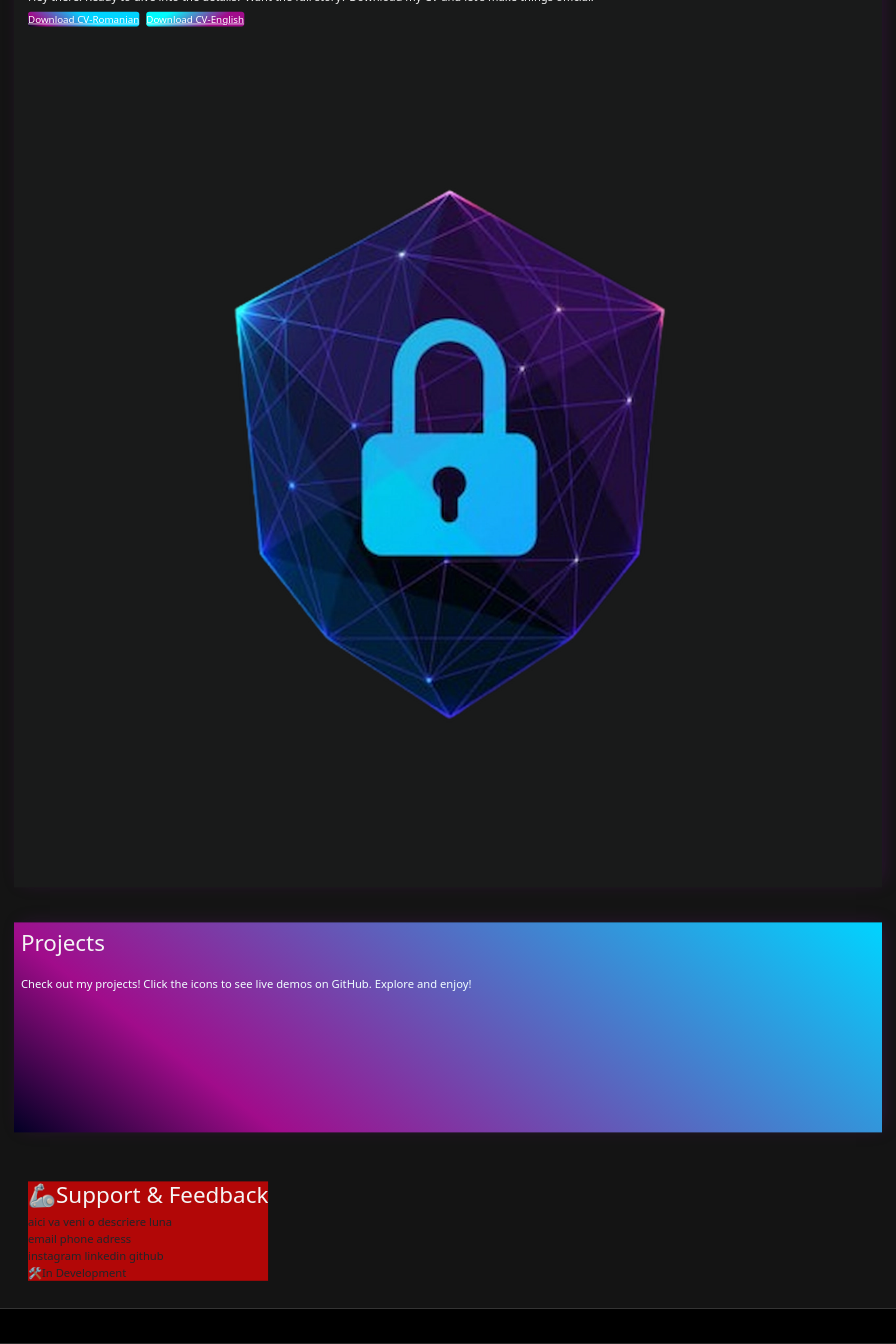
Repository: Sebastiand22/portfolio
Page: index.html
An editor plug-in stored every save of this project. The page is shown before and after the next save, followed by the edit.
The browser window is 1280 px wide. The pictures show the part of the page from y = 1904 to 3824 px (the page is 3824 px tall before and 3784 px after), at 70% of full size.

Above is the page before, as saved 2024-09-15 17:40:23.

After the next save:
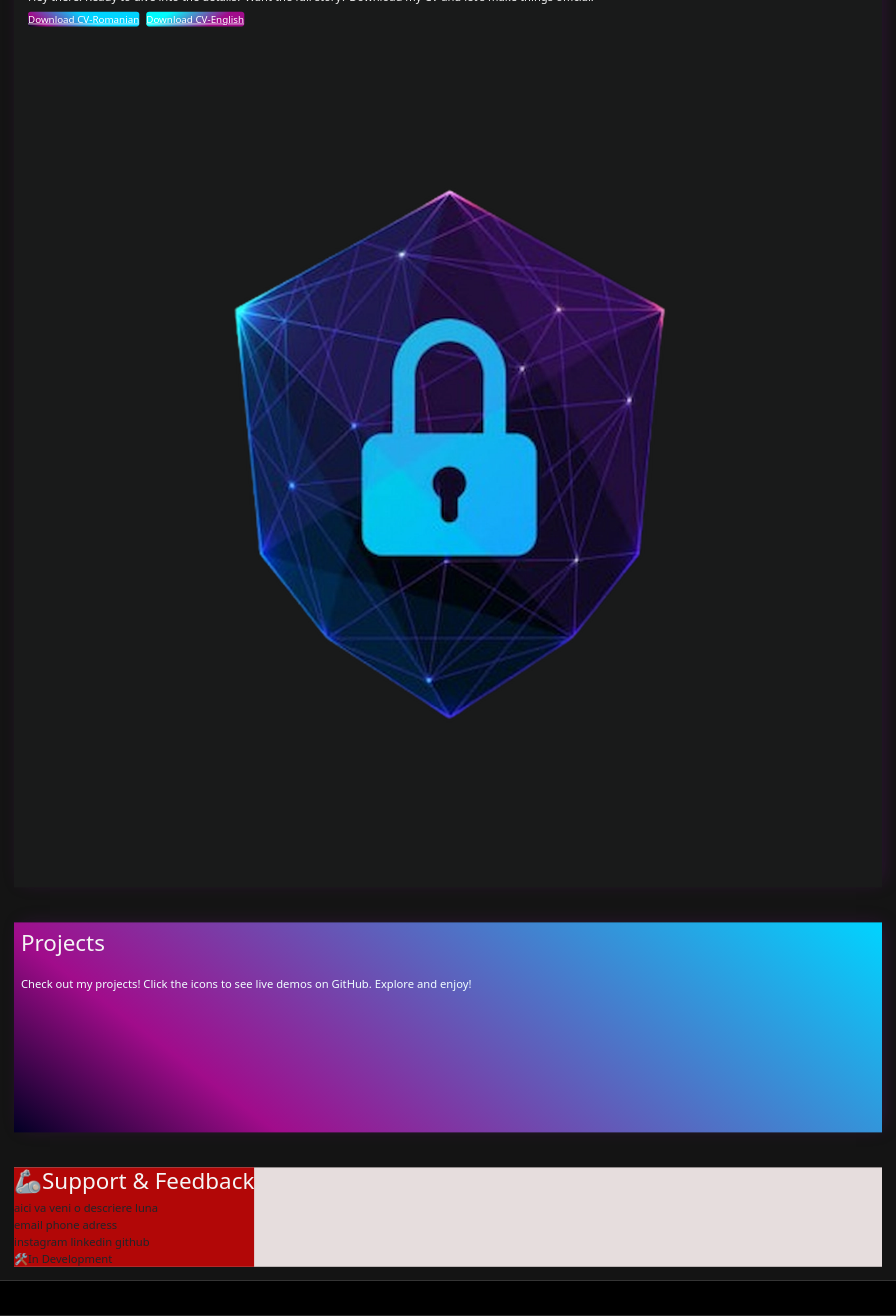
Saved 13 s later.
--- a/index.css
+++ b/index.css
@@ -345,9 +345,7 @@ h2 {
   display: flex;
   justify-content: flex-start;
   background-color: rgb(230, 221, 221)
-  height: auto;
-  overflow: hidden;
-  padding: 20px;
+
 }
 
 .footer-section {
